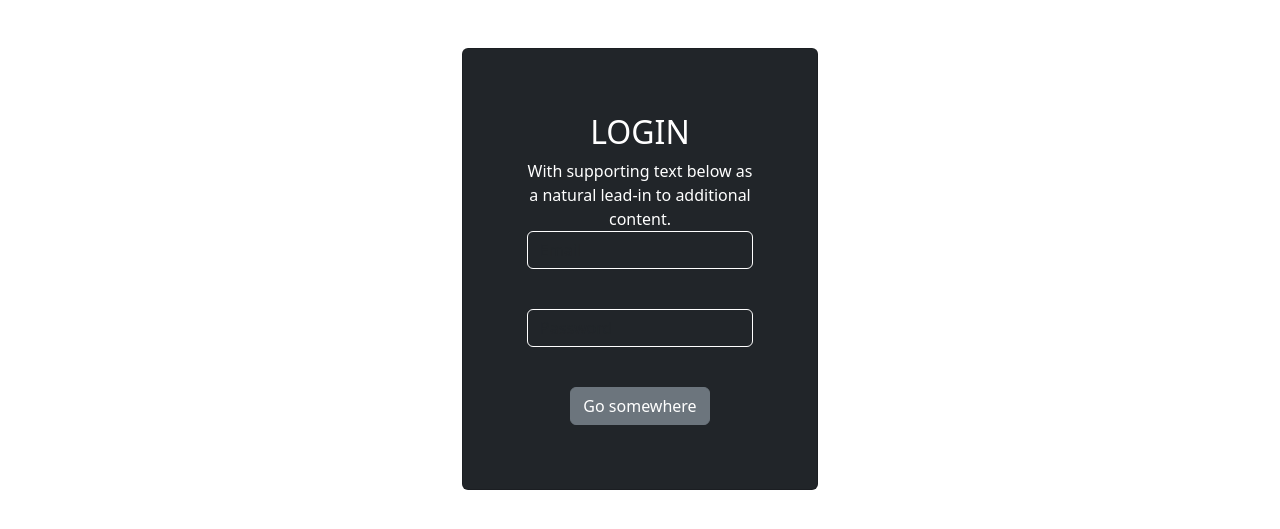
Repository: Rohit1995K/React-redux
Page: /
An editor plug-in stored every save of this project. The page is shown before and after the next save, followed by the edit.
The browser window is 1280 px wide. The pictures show the whole page.
The project was rebuilt for these pictures with package versions that can differ from the ones it lists, and the page was loaded fresh each time. Also part of the build but not shown: src/Components/CartItem.js, src/Containers/CartContainer.js, src/Components/Navbar.js.

Above is the page before, as saved 2022-10-25 12:31:52.

### src/App.js
import './App.css';
import 'bootstrap/dist/css/bootstrap.min.css';
import CartContainer from './Containers/CartContainer';
import Navbar from './Components/Navbar';
import Login from './Components/Login/Login';

function App() {
  return (
    <div className="App">
        <Login />
        {/* <CartContainer /> */}
    </div>
  );
}

export default App;

### src/Services/Reducers/index.js
import {combineReducers} from 'redux'
import cardItems from "./reducer";

export default combineReducers({
    cardItems
});

### src/Components/Login/Login.js
import React from "react";
import './login.css';
import { Card,CardBody,CardTitle,CardText,Button,Input,Form,FormGroup,Col } from "reactstrap";


const Login = () => {

    return (
        <div className="container">
        <div className="row">
            <div className="offset-md-4 col-md-4">
                <Card className="mt-5 p-5" color="dark" inverse>
                    <CardBody>
                        <CardTitle tag="h2">
                            LOGIN
                        </CardTitle>
                        <CardText>
                            With supporting text below as a natural lead-in to additional content.
                            <Form>
                                <FormGroup row>
                                    <Col className="mb-4">
                                        <Input id="exampleEmail" name="email" placeholder="Email" type="email"/>
                                    </Col>
                                </FormGroup>
                                <FormGroup row>
                                    <Col className="mb-4">
                                        <Input id="examplePassword" name="password" placeholder="Password" type="password"/>
                                    </Col>
                                </FormGroup>
                            </Form>
                        </CardText>
                        <Button>
                            Go somewhere
                        </Button>
                    </CardBody>
                </Card>
            </div>
        </div>
        </div>
    )
}

export default Login;

### src/Services/Reducers/reducer.js
// import { ADD_TO_CART, REMOVE_FROM_CART } from "../Constant";
import { createSlice } from "@reduxjs/toolkit";
import cardItems from "../../cartItems";

const initialState = {
    cardData : cardItems,
    amount:4,
    total:0,
    isLoader:true
}

const cartSlice = createSlice({
    name: 'cart',
    initialState,
    reducers: {
        clearCart: (state) => {
            state.cardData = []
        },
        removeItem: (state, action) => {
            const itemId = action.payload;
            state.cardData = state.cardData.filter((item) =>
            item.id !== itemId);
        },
        increase: (state, {payload}) => {
            const cardItem = state.cardData.find((item) => item.id === payload.id);
            cardItem.amount = cardItem.amount + 1;
        },
        decrease: (state, {payload}) => {
            const cardItem = state.cardData.find((item) => item.id === payload.id);
            cardItem.amount = cardItem.amount - 1;
        },
    }
})

export const { clearCart , removeItem} = cartSlice.actions;
export default cartSlice.reducer;

### src/Components/Login/login.css

#exampleEmail , #examplePassword{
    background: transparent;
    border: 1px solid #fff
}

### src/cartItems.js
const cartItems = [
    {
        id:'1',
        title:'iphone',
        price:'4000',
        amount:1
    },
    {
        id:'2',
        title:'samsung',
        price:'3500',
        amount:1
    },
    {
        id:'3',
        title:'oneplus',
        price:'3000',
        amount:1
    },
    {
        id:'4',
        title:'Redmi',
        price:'2000',
        amount:1
    },
    {
        id:'5',
        title:'Oppo',
        price:'2500',
        amount:1
    }
]

export default cartItems;

Loaded but not shown: public/index.html (common file); src/index.js (common file); src/index.css (common file); src/reportWebVitals.js (common file); src/App.css (common file)

After the next save:
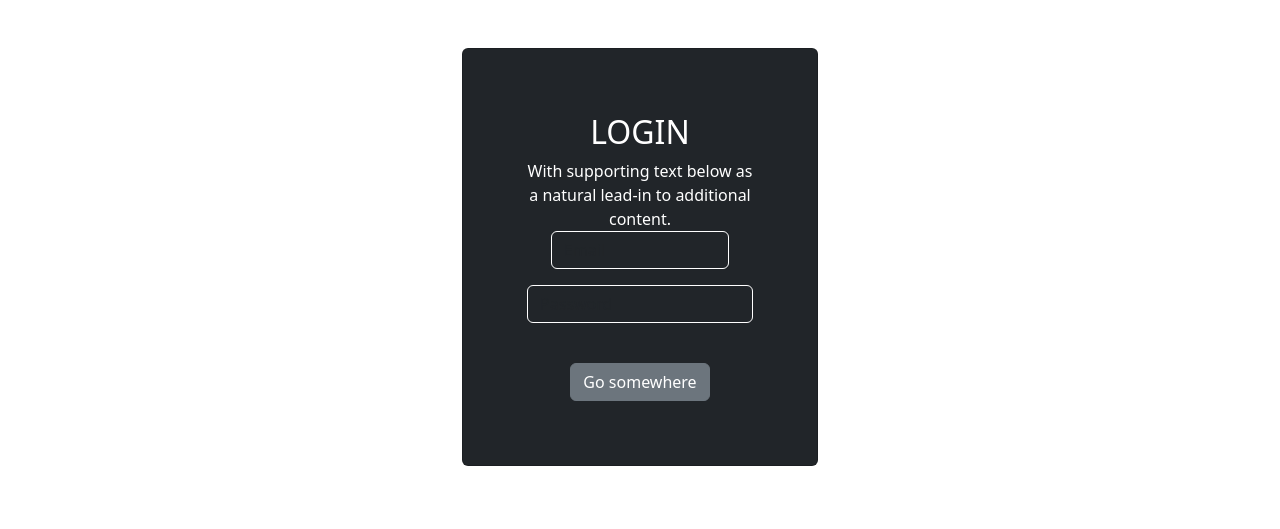
Saved 82 s later.
--- a/src/Components/Login/Login.js
+++ b/src/Components/Login/Login.js
@@ -18,7 +18,7 @@ const Login = () => {
                             With supporting text below as a natural lead-in to additional content.
                             <Form>
                                 <FormGroup row>
-                                    <Col className="mb-4">
+                                    <Col className="mx-4">
                                         <Input id="exampleEmail" name="email" placeholder="Email" type="email"/>
                                     </Col>
                                 </FormGroup>
